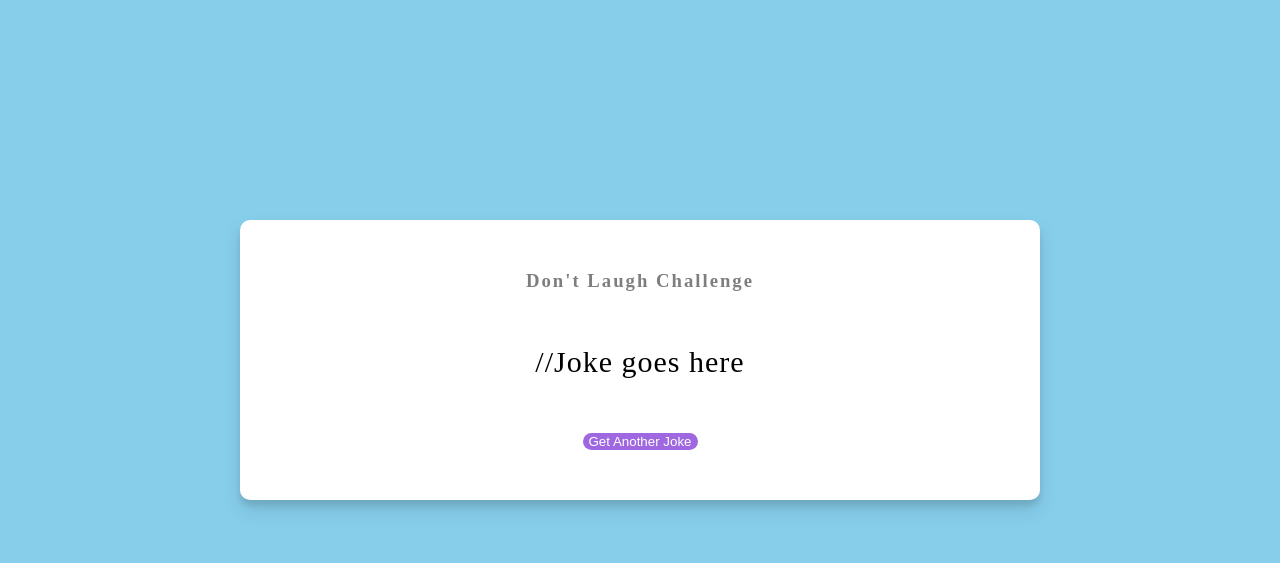
Repository: MMXiaohang/50projects50days-copy
Page: 10-dad-jokes/1-index.html
The author's editor kept a copy of each file at every save. The page is drawn from the files as they stood at one save, then again after the next save.
The browser window is 1280 px wide. The pictures show the whole page.

Above is the page before, as saved 2022-07-13 00:09:48.

### 10-dad-jokes/1-index.html
<!DOCTYPE html>
<html lang="en">
<head>
    <meta charset="UTF-8">
    <meta http-equiv="X-UA-Compatible" content="IE=edge">
    <meta name="viewport" content="width=device-width, initial-scale=1.0">
    <link rel="stylesheet" href="./1-style.css">
    <title>Dad Jokes</title>
</head>
<body>
    <div class="container">
        <h3>Don't Laugh Challenge</h3>
        <div id="joke" class="joke"> //Joke goes here</div>
        <button id="jokeBtn" class="btn">Get Another Joke</button>
    </div>

    <script src="./1-script.js"></script>
</body>
</html>

### 10-dad-jokes/1-style.css
@import url('https://fonts.googleapis.com/css2?family=Roboto:wght@400;700&display=swap');


*{
    box-sizing: border-box;
    margin: 0;
}

body{
    background-color: skyblue;
    font-family: 'Roboto' sans-serif;
    display: flex;
    flex-direction: column;
    justify-content: center;
    align-items: center;
    height: 100vh;
    overflow: hidden;
    padding: 20px;
}

.container {
    background-color: #fff;
    border-radius: 10px;
    box-shadow: 0 10px 20px rgba(0, 0, 0, 0.1), 0 6px 6px rgba(0, 0, 0, 0.1);
    padding: 50px 20px;
    text-align: center;
    /* 指定元素的宽度不超过父元素的宽度， */
    max-width: 100%;
    width: 800px;
}

.container h3{
    opacity: 0.5;
    letter-spacing: 2px;
}


.joke {
    font-size: 30px;
    letter-spacing: 1px;
    line-height: 40px;
    margin: 50px auto;
    max-width: 600px;
}

.btn {
    background-color: #9f68e0;
    color: #fff;
    border: 0;
    border-radius: 10px;

}

Loaded but not shown: 10-dad-jokes/1-script.js (no stored copy; drawn as an empty file)

After the next save:
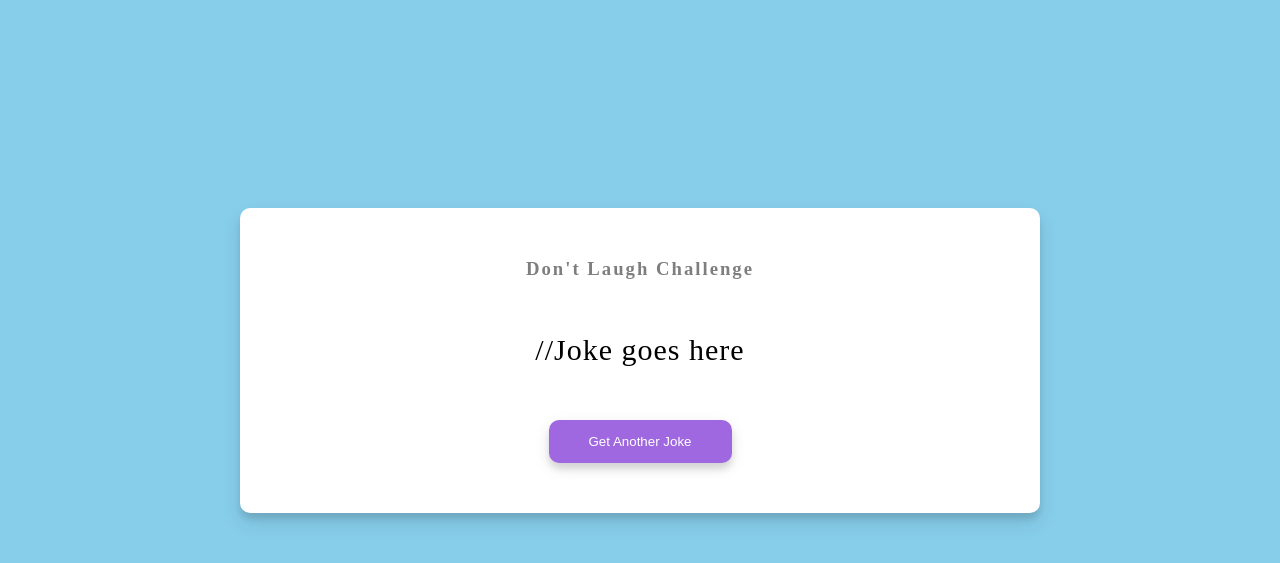
Saved 12 s later.
--- a/10-dad-jokes/1-style.css
+++ b/10-dad-jokes/1-style.css
@@ -48,5 +48,6 @@ body{
     color: #fff;
     border: 0;
     border-radius: 10px;
-
+    box-shadow: 0 5px 15px rgba(0, 0, 0, 0.1), 0 6px 6px rgba(0, 0, 0, 0.1);
+    padding: 14px 40px;
 }
